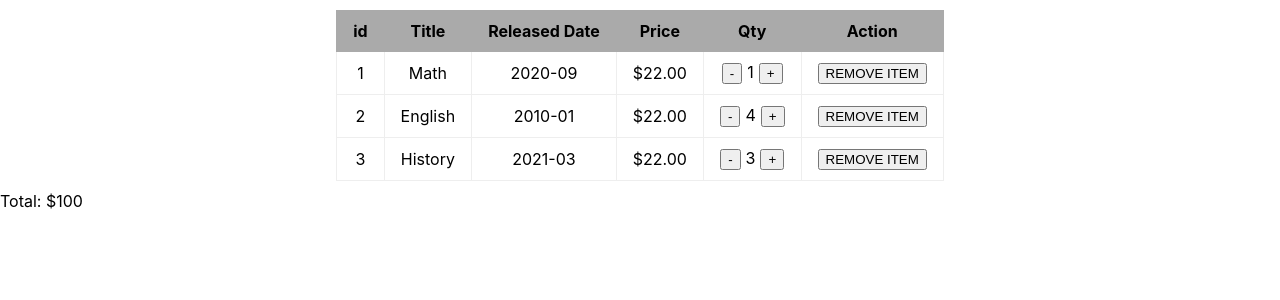
Repository: vgg1kkh/myBookStoreBasket
Page: /
These files come from the project's save history. The page is drawn as it stood at one moment and after a run of saves; the edit follows.
The browser window is 1280 px wide. The pictures show the whole page.
The project was rebuilt for these pictures with package versions that can differ from the ones it lists, and the page was loaded fresh each time.

Above is the page before, as saved 2021-10-07 16:10:25.

### public/index.html
<!DOCTYPE html>
<html lang="en">
  <head>
    <meta charset="utf-8" />
    <link rel="icon" href="%PUBLIC_URL%/favicon.ico" />
    <meta name="viewport" content="width=device-width, initial-scale=1" />
    <meta name="theme-color" content="#000000" />
    <meta
      name="description"
      content="Web site created using create-react-app"
    />
    <title>React App</title>
  </head>
  <body>
    <noscript>You need to enable JavaScript to run this app.</noscript>
    <div id="root"></div>

  </body>
</html>

### src/App.js
import React, { Component } from "react";
import { formatPrice } from "./format-util";
import "./App.css";

export default class App extends Component {
  constructor() {
    super();
    this.state = {
      bookList: [
        { id: 3, name: "Math", date: "2020-09", price: 22, number: 1 },
        { id: 4, name: "English", date: "2010-01", price: 22, number: 4 },
        { id: 5, name: "History", date: "2021-03", price: 22, number: 3 },
      ],
    };
  }

  getTotalPrice(){
      this.state.bookList.reduce((pre,item)=>{
        return pre = item.price * item.number
      })
  }
  render() {
    return (
      <>
        <div>
          <table className="table-wrapper">
            <thead>
              <tr>
                <th>id</th>
                <th>Title</th>
                <th>Released Date</th>
                <th>Price</th>
                <th>Qty</th>
                <th>Action</th>
              </tr>
            </thead>
            <tbody>
              {this.state.bookList.map((item, index) => {
                return (
                  <tr>
                    <td>{index + 1}</td>
                    <td>{item.name}</td>
                    <td>{item.date}</td>
                    <td>{formatPrice(item.price)}</td>
                    <td>
                      <button>-</button>
                      <span className="book-qty">{item.number}</span>
                      <button>+</button>
                    </td>
                    <td>
                      <button>REMOVE ITEM</button>
                    </td>
                  </tr>
                );
              })}
            </tbody>
          </table>
        </div>
        <div>Total: $100</div>
      </>
    );
  }
}

### src/format-util.js
export function formatPrice(price){
    if(typeof price !== "number"){
        return Number(price) || 0
    }
    return ("$"+price.toFixed(2))
}

### src/App.css
.table-wrapper {
    margin: 10px auto;
    border: 1px solid #eee;
    border-collapse: collapse;
    text-align: center;
}

th,td {
    border: 1px solid #eee;
    padding: 10px 16px;
    /* border-collapse: collapse; */
}

th {
    background-color: #aaa;
    border-color: #aaa
}

.book-qty {
    margin: 0 5px;
}

Loaded but not shown: src/index.js (common file); src/index.css (common file)

After the next 3 saves:
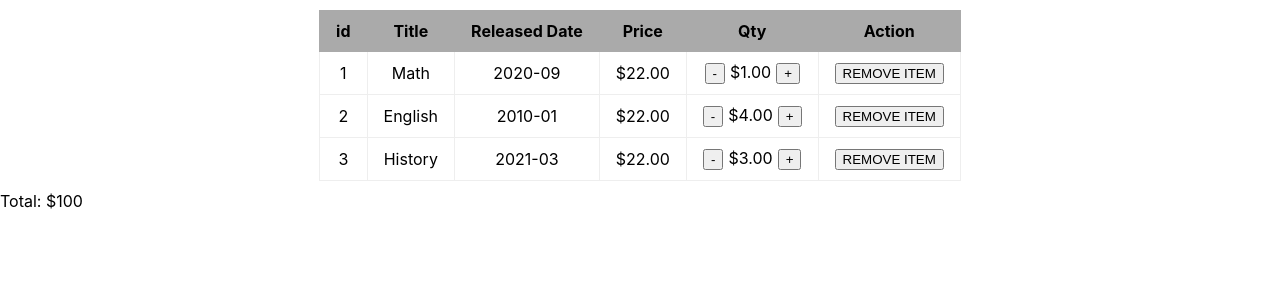
The 3 saves are shown as one change because 2 did not build or start.
The last was saved 34 s later.
--- a/src/App.js
+++ b/src/App.js
@@ -44,7 +44,7 @@ export default class App extends Component {
                     <td>{formatPrice(item.price)}</td>
                     <td>
                       <button>-</button>
-                      <span className="book-qty">{item.number}</span>
+                      <span className="book-qty">{formatPrice(item.number)}</span>
                       <button>+</button>
                     </td>
                     <td>
